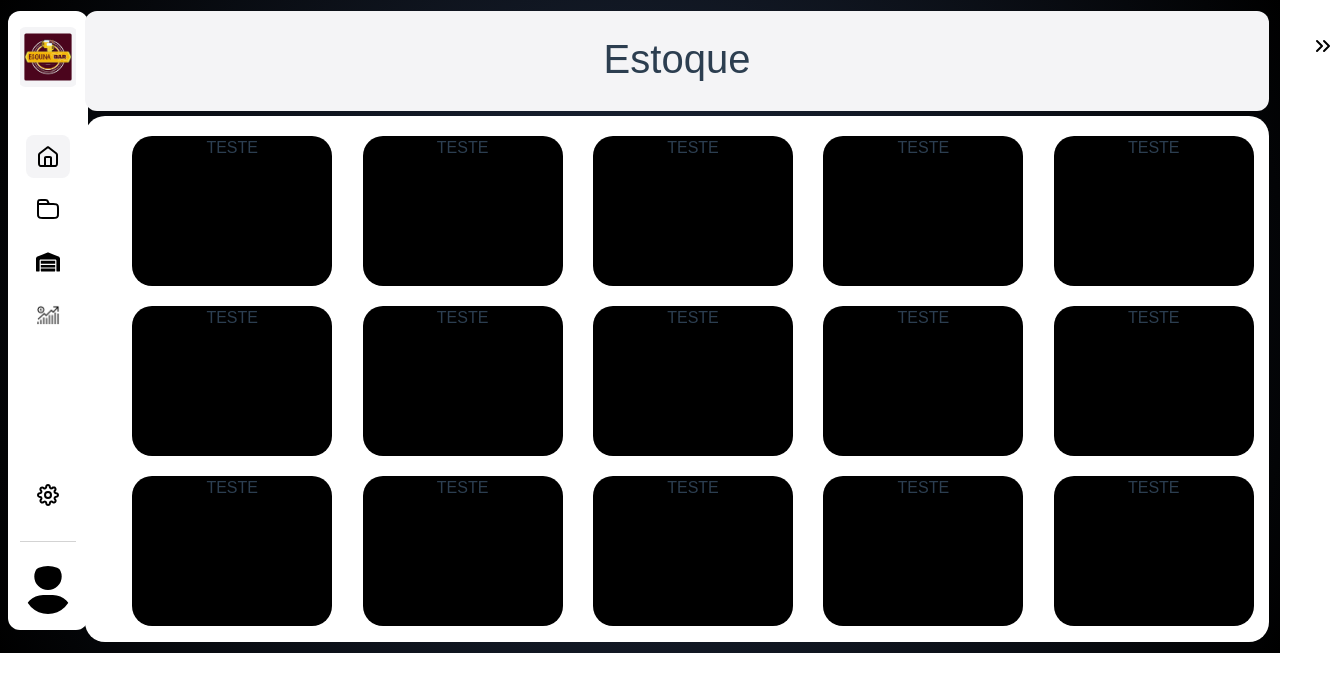
Repository: jazaoo13/Projeto_Oficina_Integracao
Page: / (app in Aplicacao_vue/)
These files come from the project's save history. The page is drawn as it stood at one moment and after the next save; the edit follows.
The browser window is 1280 px wide. The page is 1343 px wide, so the pictures cover 1343 px, including what lies to the right of the window. The pictures show the whole page.
The page's requests for data from a server got no answer. The project was rebuilt for these pictures with package versions that can differ from the ones it lists, and the page was loaded fresh each time. No one was signed in, and anything a server would have sent is missing. Also part of the build but not shown: Aplicacao_vue/vue.config.js, Aplicacao_vue/src/View/jazao.vue.

Above is the page before, as saved 2023-11-19 17:36:01.

### Aplicacao_vue/public/index.html
<!DOCTYPE html>
<html lang="">
  <head>
    <meta charset="utf-8">
    <meta name="viewport" content="width=device-width, initial-scale=1">
    <meta http-equiv="X-UA-Compatible" content="IE=edge">
    <meta name="viewport" content="width=device-width,initial-scale=1.0">
    <link rel="icon" href="<%= BASE_URL %>favicon.ico">
    <link href="https://cdn.jsdelivr.net/npm/bootstrap@5.3.2/dist/css/bootstrap.min.css" rel="stylesheet" integrity="sha384-T3c6CoIi6uLrA9TneNEoa7RxnatzjcDSCmG1MXxSR1GAsXEV/Dwwykc2MPK8M2HN" crossorigin="anonymous">
    <title>Controle de Bebidas</title>
  </head>
  <body>
    <script src="https://cdn.jsdelivr.net/npm/bootstrap@5.3.2/dist/js/bootstrap.bundle.min.js" integrity="sha384-C6RzsynM9kWDrMNeT87bh95OGNyZPhcTNXj1NW7RuBCsyN/o0jlpcV8Qyq46cDfL" crossorigin="anonymous"></script>
    <div id="app"></div>
    <!-- built files will be auto injected -->
  </body>
</html>

### Aplicacao_vue/src/main.js
import Vue from 'vue'
import App from './App.vue'
import {BootstrapVue, IconsPlugin} from 'bootstrap-vue';
import 'font-awesome/css/font-awesome.css';
import 'bootstrap-vue/dist/bootstrap-vue.css'
import 'bootstrap/dist/css/bootstrap.css'
import router from './router'
import Vuex from 'vuex'
import store from './store'

Vue.config.productionTip = false
Vue.use(BootstrapVue);
Vue.use(IconsPlugin);
Vue.use(Vuex);

new Vue({
  router,
  store,
  render: h => h(App)
}).$mount('#app')

### Aplicacao_vue/src/router/index.js
import Vue from 'vue'
import VueRouter from 'vue-router'
import Home from '../View/Home.vue'
import jazao_component from '../View/jazao.vue'
Vue.use(VueRouter)

const routes = [
  {
    path: '/',
    name: 'home',
    component: Home
  },
  {
    path: '/jazao',
    name: 'Jazao',
    component: jazao_component
    //component: () => import(/* webpackChunkName: "about" */ '../View/HomeTeste.vue')
  },

]

const router = new VueRouter({
  mode: 'history',
  base: process.env.BASE_URL,
  routes
})

export default router

### Aplicacao_vue/src/store.js
import Vue from 'vue'
import Vuex from 'vuex'

Vue.use(Vuex)

const store = new Vuex.Store({
    data(){
        return{
            isActive: false
        }
    },
    state: {
        count: 0,
        isActive: false
    },
    mutations: {
        increment(state) {
            state.count++
        },
        setIsActive(state){
            state.isActive = !state.isActive
        }
    },

})
export default store

### Aplicacao_vue/src/View/Home.vue
<template>
    <div class="bodyClass">
        <div class="container-fluid">
            <div class="row">
                <Sidebar></Sidebar>
            </div>
            <div class="content-container">
                <HeaderPage></HeaderPage>
                <EstoqueView></EstoqueView>
            </div>
        </div>
    </div>
</template>

<script>
import axios from 'axios';
import Sidebar from './Sidebar.vue';
import HeaderPage from './Header.vue'
import EstoqueView from '../components/EstoqueView.vue'
export default {
    name: 'HomePage',
    components: {
        Sidebar,
        HeaderPage,
        EstoqueView
    },
    data() {
        return {
            lstApi: '',
        };
    },
    methods: {
        chamar_api() {
            let url = 'https://catfact.ninja/fact';
            axios
                .get(url, {

                })
                .then((resposta) => {
                    this.lstApi = resposta
                })
                .catch((erro) => console.log(erro));
        },
    },
    mounted() {
        this.chamar_api()
    },
};
</script>

<style lang="scss" scoped>
.bodyClass {
    background: radial-gradient(circle at 50% 50%, #192233 20%, #000);
    padding: 0.375rem;
    font-family: Poppins, sans-serif;
    display: flex;
}
.container-fluid {
  display: flex;
  flex-direction: row;
  padding-left: 5px;
  padding-top: 5px;
  padding-bottom: 5px;
  padding-right: 5px;
}
.content-container {
  display: flex;
  flex-direction: column;
}
</style>

### Aplicacao_vue/src/View/Sidebar.vue
<template>
    <div>
        <nav class="sideBar" :class="{ 'isActive': this.$store.state.isActive }">
            <div class="sidebar-header" :class="{ 'isActive': this.$store.state.isActive }">
                <a class="logo-wrapper">
                    <img src="@/assets/logo_esquina.png" alt="Logo" :class="{ 'isActive': this.$store.state.isActive }">
                    <h2 :class="{ 'isActive': this.$store.state.isActive }">Bar da Esquina</h2>
                </a>
                <button class="toggle-btn" @click="toggle()">
                    <img src="../assets/expand.svg" alt="expand button">
                </button>
            </div>

            <div class="sidebar-links" :class="{ 'isActive': this.$store.state.isActive }">
                <a class="link active">
                    <img src="../assets/home.svg" alt="">
                    <span :class="{ 'isActive': this.$store.state.isActive }">Home</span>
                </a>
                <a class="link">
                    <img src="../assets/projects.svg" alt="">
                    <span :class="{ 'isActive': this.$store.state.isActive }">Cadastro</span>
                </a>
                <a class="link">
                    <img src="../assets/estoque.svg" alt="">
                    <span :class="{ 'isActive': this.$store.state.isActive }">Estoque</span>
                </a>
                <a class="link">
                    <img src="../assets/vendas.png" alt="">
                    <span :class="{ 'isActive': this.$store.state.isActive }">Vendas</span>
                </a>
            </div>


            <div class="sidebar-bottom" :class="{ 'isActive': this.$store.state.isActive }">
                <div class="sidebar-links" :class="{ 'isActive': this.$store.state.isActive }">
                    <a class="link">
                        <img src="../assets/settings.svg" alt="">
                        <span :class="{ 'isActive': this.$store.state.isActive }">Configurações</span>
                    </a>
                </div>

                <div class="user-profile" :class="{ 'isActive': this.$store.state.isActive }">
                    <div class="user-avatar">
                        <img src="../assets/user.svg" alt="">
                    </div>
                    <div class="user-details" :class="{ 'isActive': this.$store.state.isActive }">
                        <p class="username">Usuario</p>
                        <p class="user-email">email@gmail.com</p>
                    </div>
                </div>
            </div>
        </nav>
    </div>
</template>

<script>
import { mapState } from 'vuex'
export default {
    name: "SiderBar",
    components: {
    },
    data() {
        return {
            //isActive:false,
            // imagens:{
            //     imagem1: url=''
            // }
            //array de objetos para os botoes laterais
        }
    },
    methods: {
        Abre_Cadastro() {

        },
        computed: {
            ...mapState(['isActive'])

        },
        toggle() {
            this.$store.commit('setIsActive');

            const toggleBtn = document.querySelector(".toggle-btn");
            toggleBtn.style.transform = this.$store.state.isActive ? "rotate(180deg)" : "rotate(0deg)";
        },
    },
    mounted() {

    },
}
</script>


<style lang="scss">
*,
*::before,
*::after {
    margin: 0;
    padding: 0;
    box-sizing: border-box;
}

button,
a {
    all: unset;
    font: inherit;
    cursor: pointer;
    text-decoration: none !important;
}

a:hover {
    color: inherit !important;
}

.sideBar {
    width: 5rem;
    height: calc(100% - 0.75rem);
    background-color: #ffffff;
    padding: 1rem 0.75rem;
    border-radius: 0.75rem;
    display: flex;
    flex-direction: column;
    transition: width 500ms ease;

    &.isActive {
        width: 15rem;
    }
}

h2 {
    display: none;

    &.isActive {
        display: inline;
        font-size: 1.5rem;
    }
}

.sidebar-header,
.sidebar-links {
    display: flex;
    justify-content: center;
    align-items: center;
    overflow: hidden;
    flex-direction: column;
    &.isActive {
        justify-content: start;
        align-items: stretch;
    }
}
.sidebar-links {
    flex-direction: column;
    margin-bottom: auto;
    gap: 0.6rem;
    padding-bottom: 1.5rem;
    padding-top: 1.5rem;
}
.sidebar-header {
    margin-bottom: 1.5rem;
    &.isActive {
        justify-content: start;
        align-items: stretch;
    }
}

.logo-wrapper {
    display: flex;
    justify-content: start;
    align-items: center;
    gap: 1.25rem;
    text-decoration: none !important;
}

a.logo-wrapper:hover {
    color: inherit !important;
}

.logo-wrapper>img {
    width: 60px;
    height: 60px;
    background-color: #f4f4f6;
    padding: 0.4rem;
    border-radius: 0.5rem;

    &.isActive {
        width: 100px;
        height: 100px;
    }
}

.sideBar.sidebar-links {
    border-top: 1px solid rgb(211, 211, 211);
}

.link {
    display: flex;
    padding: 0.6rem;
    border-radius: 0.5rem;
    gap: 1.5rem;
}

span {
    display: none;

    &.isActive {
        display: inline;
    }
}

.link:hover,
.link.active:hover {
    background-color: #e4e4e8;
}

.link.active {
    background-color: #f4f4f6;
}

.link>img {
    width: 24px;
    height: 24px;
}

.sidebar-bottom .sidebar-links {
    padding-bottom: 1.5rem;
}

.toggle-btn {
    position: absolute;
    top: 26px;
    right: -63px;
    padding: 0.5rem;
    background-color:var(--bs-heading-color);
    border-radius: 50%;
    display: flex;
    justify-content: center;
    align-items: center;
    transition: transform 0.25s ease;
}

.user-profile {
    display: flex;
    justify-content: center;
    align-items: center;
    gap: 1.5rem;
    padding-top: 1.5rem;
    border-top: 1px solid rgb(211, 211, 211);

    &.isActive {
        justify-content: start;
        align-items: stretch;
    }
}

.user-avatar {
    width: 48px;
    height: 48px;
    cursor: pointer;
    transition: scale 0.2s ease;
}

.user-avatar img {
    width: 100%;
    height: 100%;
    border-radius: 50%;
    object-fit: cover;
}

.user-avatar:hover {
    scale: 1.1;
}

.user-details {
    align-self: center;
    overflow: hidden;
    display: none;

    .username {
        font-size: 0.85rem;
        font-weight: 600;
    }

    .user-email {
        font-size: 0.8rem;
    }

    &.isActive {
        display: inline;
    }

}</style>

### Aplicacao_vue/src/View/Header.vue
<template>
    <div>
        <div class="header" :class="{ 'isActive': this.$store.state.isActive }">
        <h1 class="titulo">Estoque</h1>
        </div>
    </div>
</template>

<script>
import { mapState } from 'vuex'
export default {
    name: "HeaderPage",
    data() {
        return {
            //isActive: false,
        }
    },
    computed: {
        ...mapState(['isActive'])

    },
}
</script>

<style lang="scss" scoped>
.header {
    //width: calc(100% - 85px);
    background-color: #f4f4f6;
    border-radius: 0.75rem;
    height: 100px;
    margin-left:auto;
    transition: width 500ms ease ;
    &.isActive{
        //width:calc(100% - 245px);
        transition: width 500ms ease ;
    }
}
.titulo{
    height: 100%;
    padding-top: 1.5rem;
}

// .header{

// }
</style>

### Aplicacao_vue/src/components/EstoqueView.vue
<template>
    <div class="fundo" :class="{ 'isActive': this.$store.state.isActive }">
        <div class="teste" >
            <ul class="listaItens">
                <li class="items">TESTE</li>
                <li class="items">TESTE</li>
                <li class="items">TESTE</li>
                <li class="items">TESTE</li>
                <li class="items">TESTE</li>
                <li class="items">TESTE</li>
                <li class="items">TESTE</li>
                <li class="items">TESTE</li>
                <li class="items">TESTE</li>
                <li class="items">TESTE</li>
                <li class="items">TESTE</li>
                <li class="items">TESTE</li>
                <li class="items">TESTE</li>
                <li class="items">TESTE</li>
                <li class="items">TESTE</li>
                <!-- <li class="items">TESTE</li>
                <li class="items">TESTE</li>
                <li class="items">TESTE</li> -->
            </ul>
        </div>
    </div>
</template>

<script>
import { mapState } from 'vuex'
export default {
    name: "EstoqueView",
    methods: {
        computed: {
            ...mapState(['isActive'])
        }
    },
}
</script>

<style lang="scss" scoped>

.fundo{
    background-color: #ffffff;
    //width: calc(100% - 85px);
    margin-left: auto;
    border-radius: 20px;
    margin-top: 5px;
    margin-right: 0px;
    height: auto;
    transition: width 500ms ease;
    &.isActive {
        //width: calc(100% - 245px);
        transition: width 500ms ease;
    }
}

.items {
    background-color: black;
    //padding: 80px 100px;
    width:200px;
    height: 150px;
    margin: 20px 10px 0px;
    border-radius: 20px;
    list-style-type: none;
}

.listaItens {
    display: flex;
    flex-direction: row;
    flex-wrap: wrap;
    justify-content: space-around;
}</style>

Loaded but not shown: Aplicacao_vue/src/App.vue (common file)

After the next save:
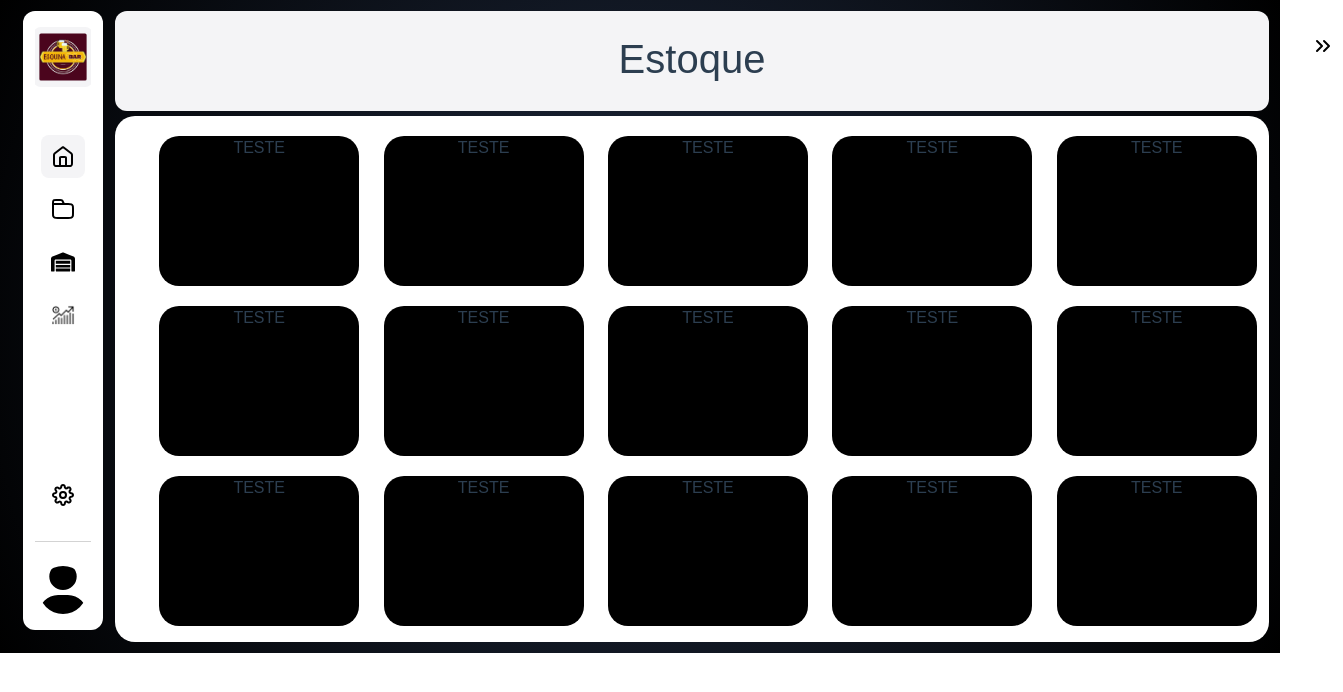
Saved 46 s later.
--- a/Aplicacao_vue/src/View/Home.vue
+++ b/Aplicacao_vue/src/View/Home.vue
@@ -55,6 +55,10 @@ export default {
     font-family: Poppins, sans-serif;
     display: flex;
 }
+.row{
+    margin-right: 0px;
+    margin-left: 0px;
+}
 .container-fluid {
   display: flex;
   flex-direction: row;
